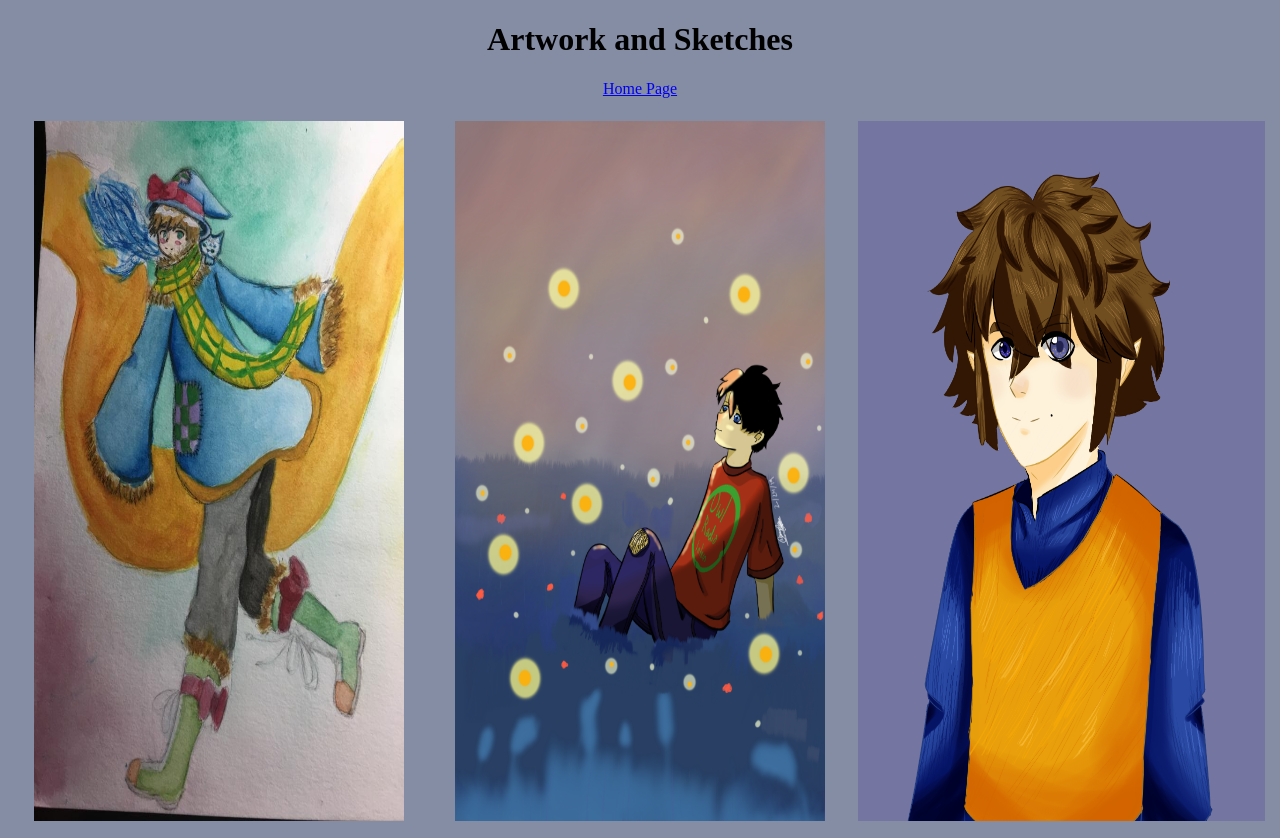
Repository: MaiJun21/MaiJun21.github.io
Page: drawings and artwork.html
The author's editor kept a record of every edit. The page is drawn from the files as they stood at one moment, then again after the next edit.
The browser window is 1280 px wide. The pictures show the whole page.

Above is the page before.

After the next edit:
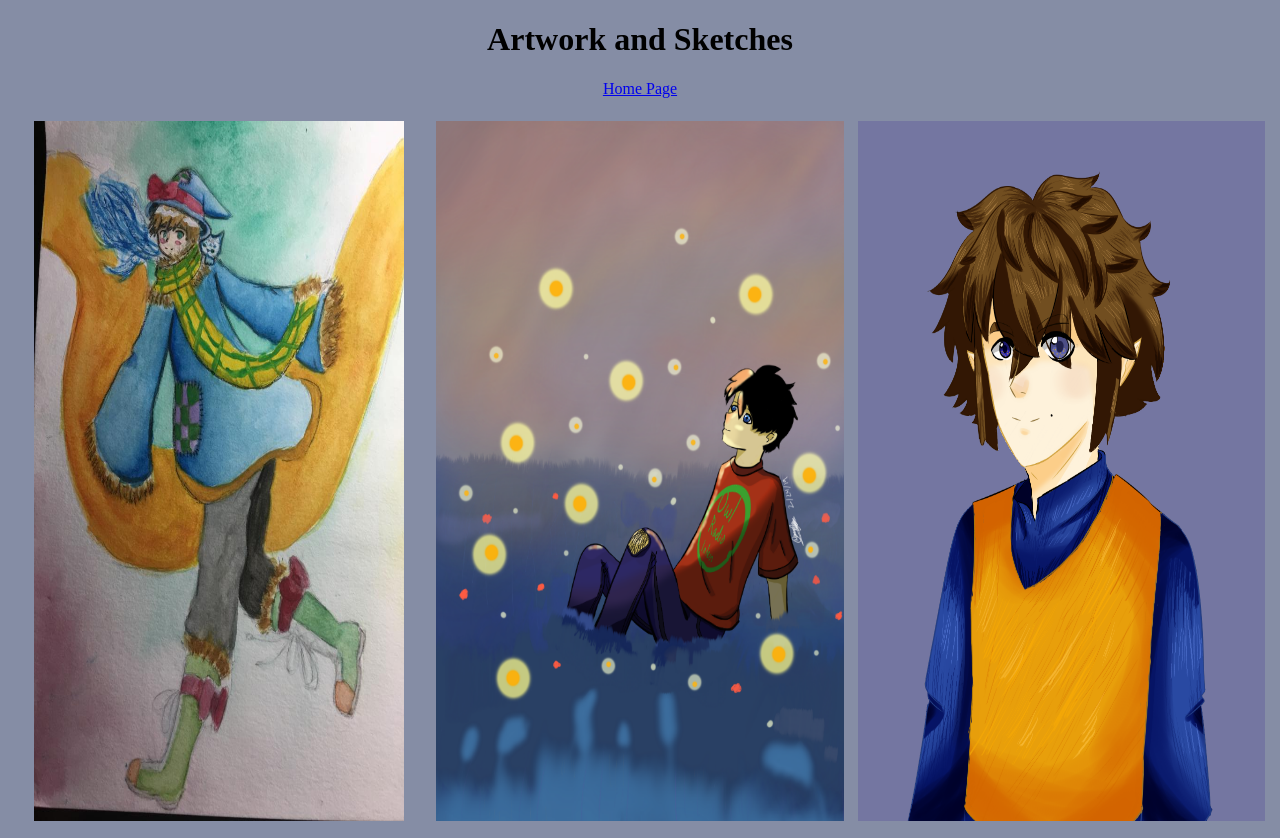
The edit:
--- a/drawings and artwork.html
+++ b/drawings and artwork.html
@@ -43,7 +43,7 @@
     <img src="images/scarecrow_as_wizard.jpg" alt="Drawing of Scarecrow from Wizard of Oz as an rpg magic class" width="500" height="700" style="width:90%">
   </div>
   <div class="column">
-    <img img src="images/fairy_lights.png" alt="Fairy Lights" width="500" height="700" style="width:90%">
+    <img img src="images/fairy_lights.png" alt="Fairy Lights" width="500" height="700" style="width:99%">
 
   </div>
   <div class="column">
